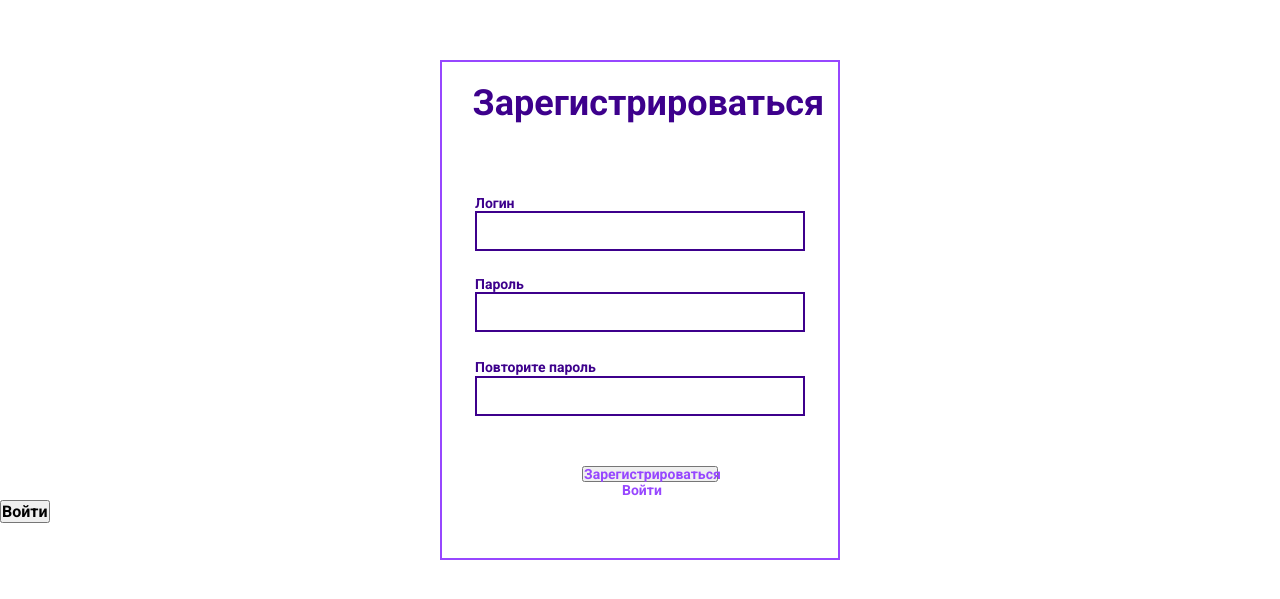
Repository: TimurZinatulin/Web_Shishki_1
Page: /main
These files come from the project's save history. The page is drawn as it stood at one moment and after the next save; the edit follows.
The browser window is 1280 px wide. The pictures show the whole page.
The project was rebuilt for these pictures with package versions that can differ from the ones it lists, and the page was loaded fresh each time. Also part of the build but not shown: vite.config.js, vue.config.js, src/views/LoginView.vue, src/components/HelloWorld.vue, src/views/MainView.vue, src/views/HomeView.vue, src/views/EditView.vue, src/views/FavoriteView.vue and 3 more.

Above is the page before, as saved 2023-06-10 22:55:05.
Console error: TypeError: Cannot read properties of null (reading 'user')

### src/main.js
import { createApp } from 'vue'
//import './style.css'
import App from './App.vue'
import router from './router'
import store from './store.js'

createApp(App).use(store).use(router).mount('#app')

### src/App.vue
<template>
  <!-- Проверка доступности пользователя в хранилище; при недоступности - показываем компонент авторизации-->
  <Auth v-if="!store.state.user" />
  <!-- Если пользователь доступен, показываем компонент Hello World -->
  <EmptyLayout v-else msg="Hello Vue 3 + Vite" />
</template>

<script>
import Auth from './components/Auth.vue';
import HelloWorld from './components/HelloWorld.vue';
import HeaderComp from './components/HeaderComp.vue';
import EmptyLayout from './layouts/EmptyLayout.vue';
import MainLayout from './layouts/MainLayout.vue';
import ExtraLayout from './layouts/ExtraLayout.vue';
import RegisterView from './views/RegisterView.vue';

import store from "./store.js";
import { supabase } from "./supabase";

export default {
  computed: {
    layout() {
      return this.$route.meta.layout + '-layout';
    }
  },
  components: {
    HelloWorld, Auth, HeaderComp, EmptyLayout, MainLayout, ExtraLayout, RegisterView
  },
  setup() {
    // сначала проверяем, вошел ли пользователь в систему с помощью Supabase
    store.state.user = supabase.auth.user;
    // затем настраиваем слушатель для обновления хранилища, если меняется пользователь - выходит из системы или входит
    supabase.auth.onAuthStateChange((event, session) => {
      if (event == "SIGNED_OUT") {
        store.state.user = null;
      } else {
        store.state.user = session.user;
      }
    });

    return {
      store,
    };
  },
};
</script>

<style>
/* @import '@/templates/main_page.css'; */
</style>

### src/router/index.js
import { createRouter, createWebHistory } from 'vue-router'
import HomeView from '../views/HomeView.vue'
import MainView from '../views/MainView.vue'
import EditView from '../views/EditView.vue'
import FavoriteView from '../views/FavoriteView.vue'
import MyProjectsView from '../views/MyProjectsView.vue'
import LoginView from '../views/LoginView.vue'
import RegisterView from '../views/RegisterView.vue'
import CreateProjectView from '../views/CreateProjectView.vue'
import ProjectView from '../views/ProjectView.vue'


const routes = [
  {
    path: '/',
    name: 'home',
    component: HomeView
  },
  {
    path: '/main',
    name: 'main',
    meta: {layout: 'main'},
    component: MainView
  },
  {
    path: '/edit',
    name: 'edit',
    meta: {layout: 'extra'},
    component: EditView
  },
  {
    path: '/favs',
    name: 'favs',
    meta: {layout: 'extra'},
    component: FavoriteView
  },
  {
    path: '/my_projects',
    name: 'my',
    meta: {layout: 'extra'},
    component: MyProjectsView
  },
  {
    path: '/login',
    name: 'login',
    meta: {layout: 'empty'},
    component: LoginView
  },
  {
    path: '/register',
    name: 'register',
    meta: {layout: 'empty'},
    component: RegisterView
  },
  {
    path: '/create_project',
    name: 'create_project',
    meta: {layout: 'extra'},
    component: CreateProjectView
  },
  {
    path: '/project',
    name: 'project',
    meta: {layout: 'extra'},
    component: ProjectView
  },
  {
    path: '/profile',
    name: 'profile',
    meta: {layout: 'extra'},
    component: () => import('../views/ProfileView.vue')
  }
]

const router = createRouter({
  history: createWebHistory(import.meta.env.BASE_URL),
  routes
})

export default router

### src/store.js
import { reactive } from "vue";

const store = {
    state: reactive({
        user: {},
    }),
};

export default store

### src/components/Auth.vue
<template>
    <div>
        <register-view v-if="isSignUp" />
        <login-view v-else />
        <button @click="isSignUp = !isSignUp">
            {{
                isSignUp
                ? "Войти"
                : "Зарегистрироваться"
            }}
        </button>
    </div>
</template>

<script>
import { ref } from "vue";
import RegisterView from "../views/RegisterView.vue";
import LoginView from "../views/LoginView.vue";

export default {
    components: { RegisterView, LoginView },
    setup() {
        const isSignUp = ref(true);
        return {
            isSignUp,
        };
    },
};
</script>

<style scoped>
</style>

### src/components/HeaderComp.vue
<template>
    <div id="header" class="wrapper">
        <div id="head-cont">
            <li><router-link to="/main" style="position: relative; left: -280px;" href="http://localhost:5173/main"><img id="logo" src="../assets/ShishkiD.png" style="width: 70px; height: 70px;"></router-link></li>
            <input class="input" type="text" placeholder="Найти...">
            <ul style="left: 400px;">
                <li><router-link to="/favs" class="btn2">Избранное</router-link></li>
                <li><router-link to="/my_projects" class="btn2">Мои проекты</router-link></li>
                <li><router-link to="/edit" class="btn2">Редактировать профиль</router-link></li>
                <li><router-link to="/create_project" class="btn2">Новый проект</router-link></li>
                <li><button @click="signOut" class="btn2">Выйти</button></li>
            </ul>
        </div>
    </div>
</template>

<script setup>
import { ref } from "vue";
import { supabase } from "../supabase";

defineProps({
  msg: String,
});

async function signOut() {
  const { error } = await supabase.auth.signOut();
}
</script>

<style>
@import url('https://fonts.googleapis.com/css2?family=Roboto:wght@700&display=swap');
</style>

### src/layouts/EmptyLayout.vue
<template>
    <!-- <div id="header" class="wrapper">
        <div id="head-cont">
            <a style="position: relative; left: -280px;" href="http://localhost:8080/main"><img id="logo" src="../assets/ShishkiD.png" style="width: 70px; height: 70px;"></a>
            <input class="input" type="text" placeholder="Найти...">
            <ul>
                <li><router-link to="/favs" class="btn2">Избранное</router-link></li>
                <li><router-link to="/create_project" class="btn2">Новый проект</router-link></li>
                <li><router-link to="/login" class="link">Войти</router-link></li>
            </ul>
        </div>
    </div> -->
    <HeaderComp />
    <RouterView />
</template>

<script>
import HeaderComp from '@/components/HeaderComp.vue'

export default {
    components: {
        HeaderComp
    }
}
</script>

<style>
@import '@/templates/login.css';
@import '@/templates/main_page.css';
@import '@/templates/reg.css';
</style>

### src/layouts/MainLayout.vue
<template>
    <div id="app1">
        <HeaderComp />
        <div id="article">
            <h1 id="h1">Digital<br>
            portfolio</h1><br>
            <p>Уникальный сервис для<br>размещения своих проектов и<br>наработок</p><br>
            <a href="http://localhost:8080/create_project" class="btn">Создать проект</a>
            <button @click="signOut">Sign Out</button>
            <img id="logo2" src="../assets/chelik.png">
            <h2 id="h2">Популярные проекты</h2>
        </div>
        <div id="projects" style="left: -10px;">
        </div>
    </div>
</template>

<script>
import HeaderComp from '@/components/HeaderComp.vue'
import MainView from '@/views/MainView.vue'


export default {
    components: {
        HeaderComp, MainView
    }
}
</script>

<style>
@import '@/templates/login.css';
@import '@/templates/main_page.css';
@import '@/templates/reg.css';
</style>

### src/layouts/ExtraLayout.vue
<template>
    <HeaderComp />
</template>

<script>
import HeaderComp from '@/components/HeaderComp.vue'

export default {
    components: {
        HeaderComp,
    }
}
</script>

<style>
@import '@/templates/login.css';
@import '@/templates/main_page.css';
@import '@/templates/reg.css';
</style>

### src/views/RegisterView.vue
<template>
    <div id="log_card">
        <h1 id="log_name" style="position: relative; top: -30px; left: -10px;">Зарегистрироваться</h1>
        <form @submit.prevent="handleSignup">
            <p class="p">Логин</p>
            <input class="input1" style="top: -75px;" type="email" v-model="email">
            <p class="p">Пароль</p>
            <input class="input1" style="top: -75px;" type="password" v-model="password">
            <p class="p" style="display:inline; position:relative; left: 0px;">Повторите пароль</p>
            <input class="input1" style="top: -70px;" type="password" v-model="password">
            <button type="submit" id="reg_btn">Зарегистрироваться</button>
            <a href="http://localhost:8080/login" id="reg_btn" style="left: 50px; position: relative;">Войти</a>
        </form>
    </div>
</template>

<script>
import { ref } from "vue";
import { supabase } from "../supabase";

export default {
    setup() {
        const email = ref("");
        const password = ref("");

        const handleSignup = async () => {
            try {
                // Задействуем предоставленный Supabase метод для обработки регистрации
                const { error } = await supabase.auth.signUp({
                    email: email.value,
                    password: password.value,
                });
                if (error) throw error;
            } catch (error) {
                alert(error.error_description || error.message);
            }
        };

        return {
            email,
            password,
            handleSignup,
        };
    },
};
</script>

### src/templates/login.css
#log_card{
    box-sizing: border-box;
    display: flex;
    flex-direction: column;
    justify-content: space-between;
    align-items: center;
    padding: 50px 10px;
    gap: 50px;
    width: 400px;
    height: 500px;
    border: 2px solid #9747FF;
    flex: none;
    order: 1;
    flex-grow: 0;
    position: relative;
    top: 60px;
}

#log_name{
    width: 315px;
    height: 49px;
    font-family: 'Roboto';
    font-style: normal;
    font-weight: 600;
    font-size: 36px;
    line-height: 42px;
    text-align: center;
    color: #3D008C;
    flex: none;
    order: 0;
    flex-grow: 0;
}

#log_btn{
    display: flex;
    flex-direction: row;
    justify-content: center;
    align-items: center;
    padding: 10px;
    width: 88px;
    height: 58px;
    background: #9747FF;
    flex: none;
    order: 0;
    flex-grow: 0;
    border: none;
    color: white;
    position: relative;
    bottom: 50px;
    border: 2px solid #9747FF;
    animation: ch-color-1 0.5s forwards;
    font-size: 24px;
}

#log_btn:hover{
    animation: ch-color-2 0.5s forwards;
}

@keyframes ch-color-1 {
    from {
      background-color: white;
      color: #9747FF;
    }
    to {
      background-color: #9747FF;
      color: white;
    }
  }

  @keyframes ch-color-2 {
    from {
      background-color: #9747FF;
      color: white;
    }
    to {
      background-color: white;
      color: #9747FF;
    }
  }

#reg_btn{
    width: 136px;
    height: 16px;
    font-family: 'Roboto';
    font-style: normal;
    font-weight: 400;
    font-size: 14px;
    line-height: 16px;
    display: flex;
    align-items: center;
    text-align: center;
    color: #9747FF;
    flex: none;
    order: 0;
    flex-grow: 0;
    position: relative;
    left: 10px;
    top: -40px;
}

.p{
    width: 40px;
    height: 16px;
    font-family: 'Roboto';
    font-style: normal;
    font-weight: 600;
    font-size: 14px;
    line-height: 16px;
    display: flex;
    align-items: center;
    color: #3D008C;
    flex: none;
    order: 0;
    flex-grow: 0;
    position: relative;
    top: -70px;
    left: -145px;
    margin-bottom: 5px;
}

### src/templates/main_page.css
* {
  margin: 0 auto;
  padding: 0;
  box-sizing: border-box;
  font-size: 16px;
  font-family: 'Roboto', sans-serif;
  user-select: none;
}

#head-cont{
  max-width: 900px;
  width: 100%;
}

#article{
  width: 1500px;
  position: relative;
}

#header{
  width: 100%;
  height: 80px;
  margin: 0 auto;
  background-color: rgba(151, 71, 255, 1);
  margin-bottom: 15px;
  overflow: hidden;
}

.input{
  width: 500px;
  height: 50px;
  padding: 6px 0 4px 10px;
  border: none;
  background: rgba(206, 168, 255, 1);
  bottom: 20px;
  left: -325px;
  position: relative;
  font-size: 25px;
  padding-left: 25px;
  outline: none;
}

.input::-webkit-input-placeholder {
  color: white;
}

.input::-moz-placeholder {
  color: white;
}

.input1{
  box-sizing: border-box;
  display: flex;
  flex-direction: row;
  align-items: center;
  padding: 11px 10px;
  gap: 10px;
  width: 330px;
  height: 40px;
  border: 2px solid #3D008C;
  flex: none;
  order: 1;
  align-self: stretch;
  flex-grow: 0;
  position: relative;
  top: -20px;
  margin-bottom: 20px;
  outline: none;
}

#logo{
  position: relative;
  top: 5px;
}

#logo2{
  position: relative;
  width: 800px;
  height: 670px;
  left: 385px;
  bottom: 340px;
}

ul {
  list-style: none;
  margin: 0;
  padding-left: 0;
  position: relative;
  left: 710px;
  top: -55px;
}

a {
  text-decoration: none;
  color: white;
}

.link1 {
  display: flex;
  flex-direction: row;
  justify-content: center;
  align-items: center;
  padding: 10px;
  background: #9747FF;
  flex: none;
  order: 0;
  flex-grow: 0;
  left: -275px;
  top: 220px;
  font-family: 'Roboto';
  font-style: normal;
  font-weight: 400;
  font-size: 16px;
}

.link1:hover{
  animation: ch-color-2 0.5s forwards;
}

.link {
  background: none;
  border: 2px solid white;
  color: white;
  padding: 15px 25px;
  animation: ch-color-1 0.5s forwards;
}

.link:hover{
  animation: ch-color-2 0.5s forwards;
}

@keyframes ch-color-1 {
  from {
    background-color: white;
    color: rgba(151, 71, 255, 1);
  }
  to {
    background-color: rgba(151, 71, 255, 1);
    color: white;
  }
}

@keyframes ch-color-2 {
  from {
    background-color: rgba(151, 71, 255, 1);
    color: white;
  }
  to {
    background-color: white;
    color: rgba(151, 71, 255, 1);
  }
}

li {
  display: inline;
  margin-right: 60px;
}

#h1 {
  font-size: 90px;
  position: relative;
  top: 100px;
  left: -450px;
  color: rgba(61, 0, 140, 1);
  width: 500px;
}

p{
  position: relative;
  color: rgba(61, 0, 140, 1);
  left: -445px;
  top: 100px;
  font-size: 32px;
  font-family: 'Roboto';
  font-style: normal;
  font-weight: 500;
  line-height: 38px;
  width: 500px;
}

.btn{
  position: relative;
  bottom: 500px;
  left: 55px;
  background: linear-gradient(rgba(255, 104, 86, 1), rgba(151, 71, 255, 1));
  color: white;
  font-size: 32px;
  font-style: normal;
  font-weight: 700;
  border: 3px solid linear-gradient(rgba(255, 104, 86, 1), rgba(151, 71, 255, 1));
  width: 315px;
  height: 90px;
  padding: 26px 37px;
}

#h2{
  position: absolute;
  top: 740px;
  left: 510px;
  color: rgba(61, 0, 140, 1);
  font-size: 48px;
}

#projects{
  justify-content: center;
  align-items: center;
  align-self: center;
  padding: 30px 90px;
  position: absolute;
  width: 1529px;
  height: 100%;
  background: linear-gradient(180deg, #3D008C 0%, #14002F 100%);
  flex: none;
  order: 3;
  flex-grow: 0;
  margin-top: -200px;
}

#content{
  display: flex;
  flex-direction: row;
  justify-content: center;
  align-items: center;
  padding: 30px 90px;
  gap: 90px;
  width: 1420px;
  height: 240px;
  flex: none;
  order: 0;
  flex-grow: 0;
}

.block{
  display: flex;
  flex-direction: column;
  align-items: center;
  padding: 10px;
  gap: 10px;
  position: absolute;
  width: 359px;
  height: 470px;
  background: linear-gradient(148.66deg, #FF6856 0%, #6F00FF 100%);
  border-radius: 30px;
  top: 70px;
}

.pic{
  position: relative;
  top: 20px;
  width: 340px;
  height: 310px;
  border-radius: 20px;
}

h3{
  color: white;
  font-size: 32px;
  position: relative;
  top: 10px;
}

.text{
  color: white;
  position: relative;
  top: 20px;
  text-align: center;
}

.like{
  display: flex;
  flex-direction: row;
  justify-content: center;
  align-items: center;
  padding: 10px 15px;
  gap: 10px;
  position: absolute;
  width: 117px;
  height: 38px;
  left: 20.5px;
  top: 100px;
  background: #FF6856;
  border-radius: 30px;
  color: white;
  overflow-y: hidden;
}

.pic2{
  width: 22px;
  height: 22px;
  transform: matrix(-1, 0, 0, 1, 0, 0);
  flex: none;
  order: 0;
  flex-grow: 0;
}

textarea{
  box-sizing: border-box;
  display: flex;
  width: 330px;
  height: 100px;
  gap: 10px;
  border: 2px solid #3D008C;
  flex: none;
  order: 1;
  flex-grow: 0;
  position: relative;
  top: 100px;
  resize: none;
}

#photo{
  width: 100px;
  height: 100px;
  border: 3px solid #3D008C;
  flex: none;
  order: 0;
  flex-grow: 0;
  border-radius: 100%;
  position: relative;
}

#photo1{
  width: 340px;
  height: 340px;
  border: 3px solid #9747FF;
  border-radius: 30px;
  flex: none;
  order: 0;
  flex-grow: 0;
}

#chphoto{
  display: flex;
  flex-direction: row;
  justify-content: center;
  align-items: center;
  padding: 10px 0px;
  gap: 26px;
  width: 331px;
  height: 120px;
  flex: none;
  order: 1;
  flex-grow: 0;
  position: relative;
  top: -535px;
}

#p{
  font-family: 'Roboto';
  font-style: normal;
  font-weight: 600;
  font-size: 14px;
  line-height: 16px;
  display: flex;
  align-items: center;
  color: #FFFFFF;
  position: relative;
  top: -50px;
  left: 135px;
}

#p1{
  font-family: 'Roboto';
  font-style: normal;
  font-weight: 600;
  font-size: 14px;
  line-height: 16px;
  display: flex;
  align-items: center;
  color: #FFFFFF;
  position: relative;
  top: -100px;
  left: 135px;
}

#p2{
  font-family: 'Roboto';
  font-style: normal;
  font-weight: 600;
  font-size: 16px;
  line-height: 19px;
  text-align: center;
  color: #FFFFFF;
  position: relative;
  top: 200px;
}

.btn2{
  padding: 20px 10px;
}

.btn2:hover{
  animation: ch-color-2 0.5s forwards;
}

### src/templates/reg.css
form{
    position: relative;
    top: 30px;
}

Loaded but not shown: index.html (common file); src/supabase.js (common file)

After the next save:
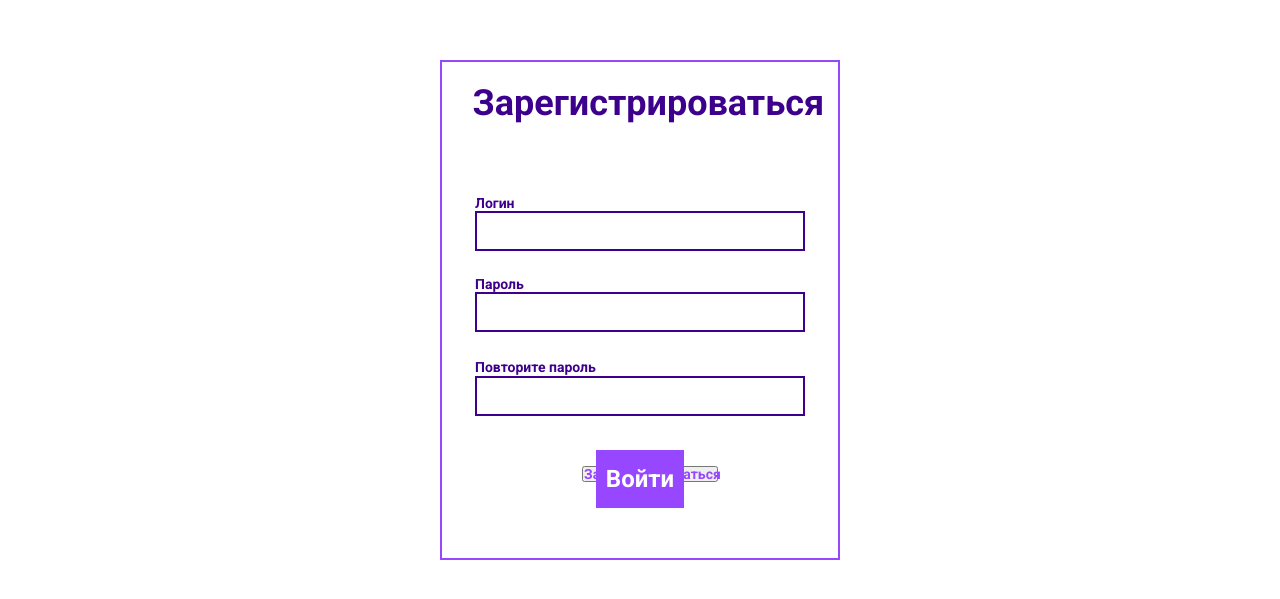
Saved 40 s later.
--- a/src/components/Auth.vue
+++ b/src/components/Auth.vue
@@ -2,7 +2,7 @@
     <div>
         <register-view v-if="isSignUp" />
         <login-view v-else />
-        <button @click="isSignUp = !isSignUp">
+        <button id="log_btn" @click="isSignUp = !isSignUp">
             {{
                 isSignUp
                 ? "Войти"
